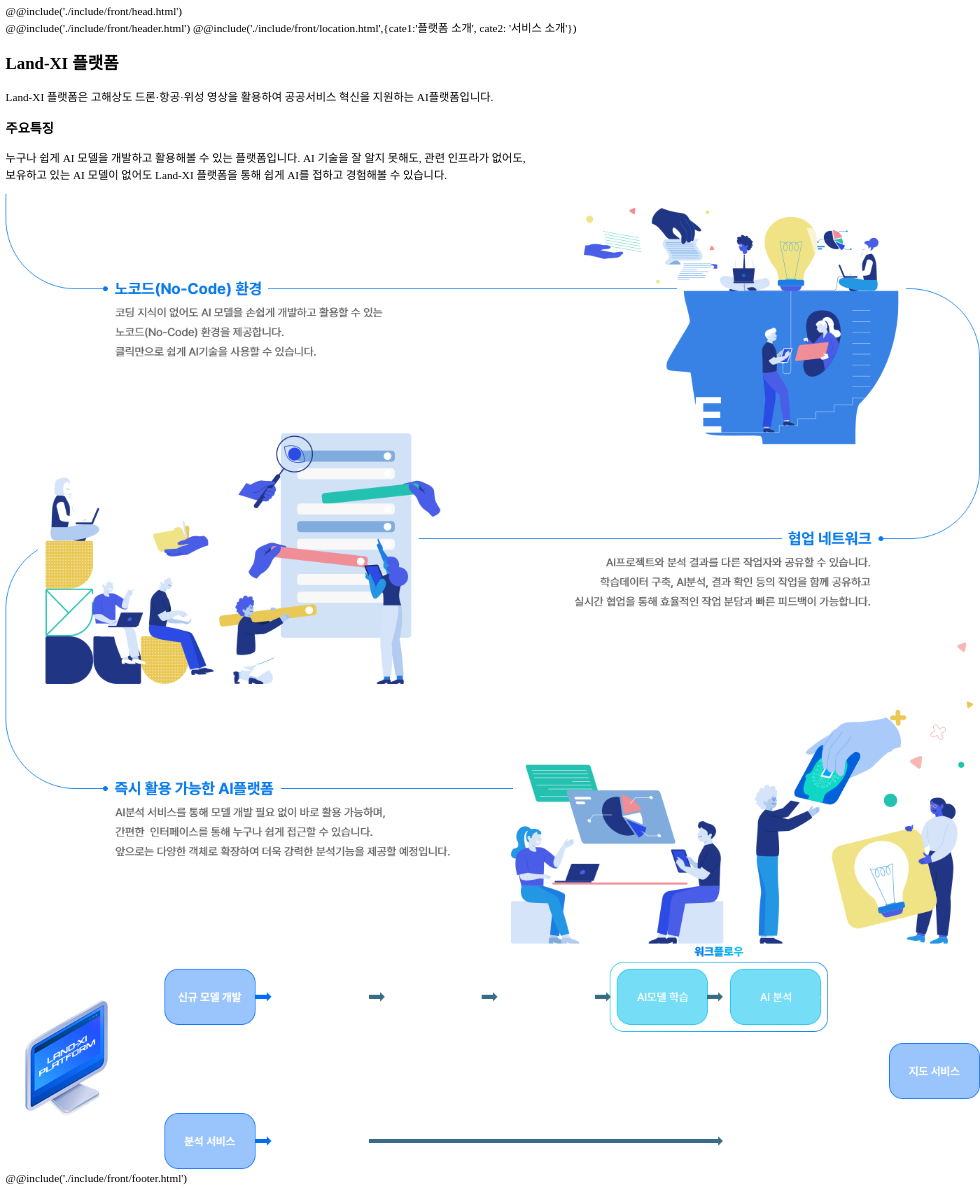
Repository: richosj/landxi
Page: workspace/html/01-01-플랫폼소개-서비스개요-플랫폼소개.html
An editor plug-in stored every save of this project. The page is shown before and after the next save, followed by the edit.
The browser window is 1280 px wide. The page is 1400 px wide, so the pictures cover 1400 px, including what lies to the right of the window. The pictures show the whole page, at 70% of full size.

Above is the page before, as saved 2024-07-04 11:00:33.

After the next save:
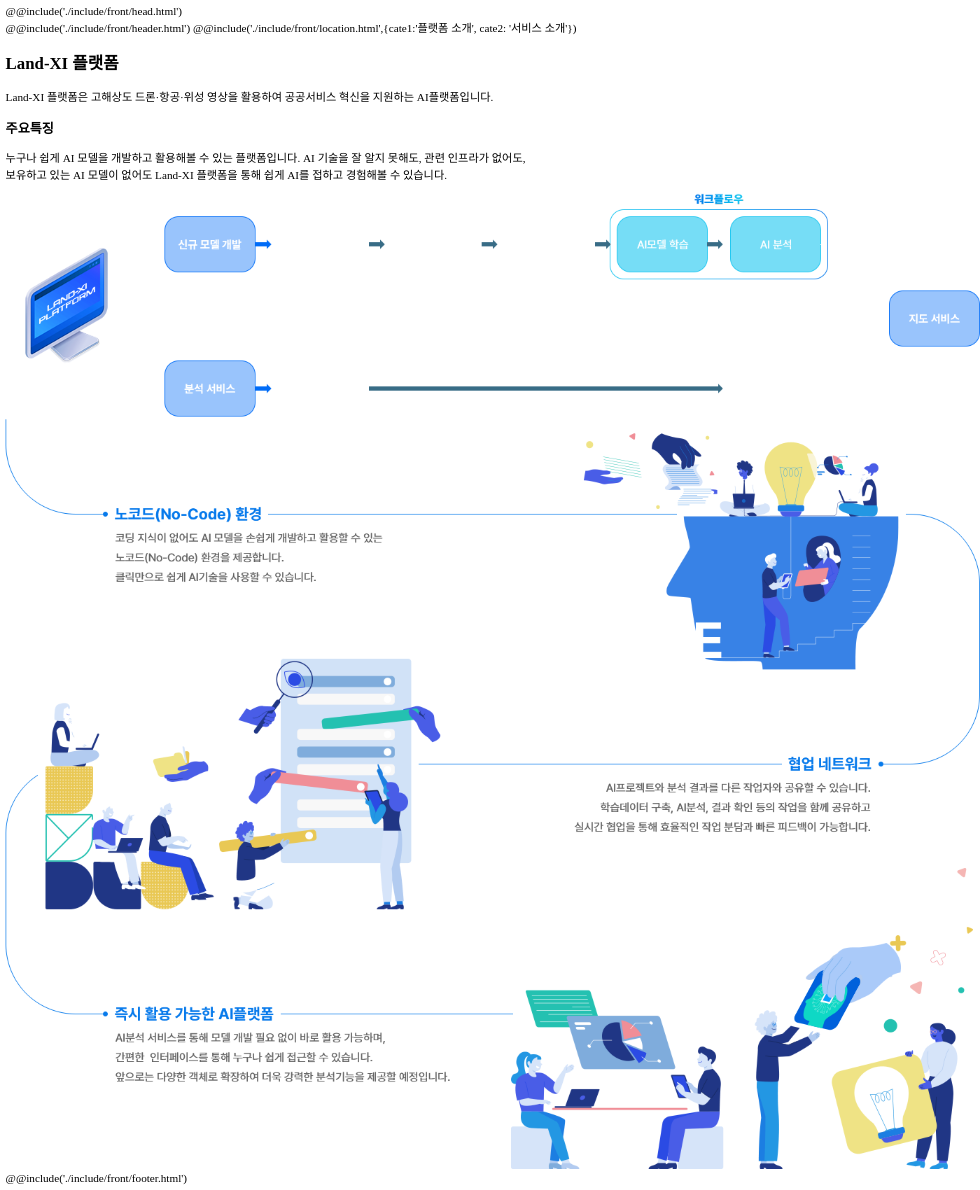
Saved 21 s later.
--- a/workspace/html/01-01-플랫폼소개-서비스개요-플랫폼소개.html
+++ b/workspace/html/01-01-플랫폼소개-서비스개요-플랫폼소개.html
@@ -25,13 +25,13 @@
                 보유하고 있는 AI 모델이 없어도 Land-XI 플랫폼을 통해 쉽게 AI를 접하고 경험해볼 수 있습니다.
               </p>
             </div>
-            <div class="div"><img src="./common/images/platform/logic-1.png" alt=""></div>
+            <div class="div"><img src="./common/images/platform/logic-2.png" alt=""></div>
           </div>
         </div>
 
         <div class="plat__service--logic">
           <div class="plat__service--wrap">
-            <img src="./common/images/platform/logic-2.png" alt="">
+            <img src="./common/images/platform/logic-1.png" alt="">
           </div>
         </div>
       </div>
